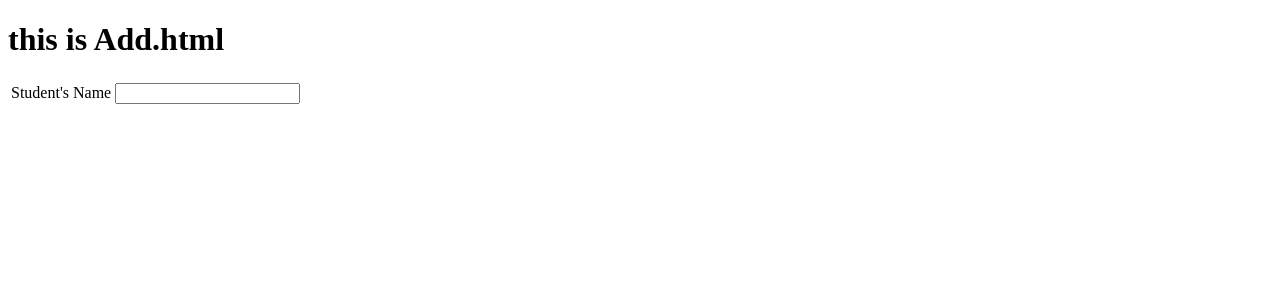
Repository: jks2127/SMS-webApp
Page: sms 1.2/WebContent/Add.html
An editor plug-in stored every save of this project. The page is shown before and after the next save, followed by the edit.
The browser window is 1280 px wide. The pictures show the whole page.

Above is the page before, as saved 2021-06-12 09:52:34.

After the next save:
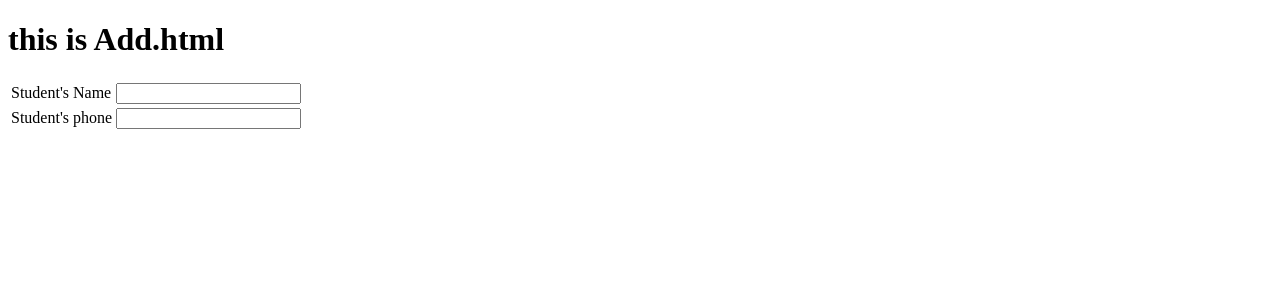
Saved 112 s later.
--- a/sms 1.2/WebContent/Add.html
+++ b/sms 1.2/WebContent/Add.html
@@ -12,6 +12,11 @@
 				<td>Student's Name</td>
 				<td><input type="text" name="st_name"></td>
 			</tr>
+			<tr>
+				<td>Student's phone</td>
+				<td><input type="number" name="st_phone"></td>
+			</tr>
+
 		</table>
 	</form>
 </body>
